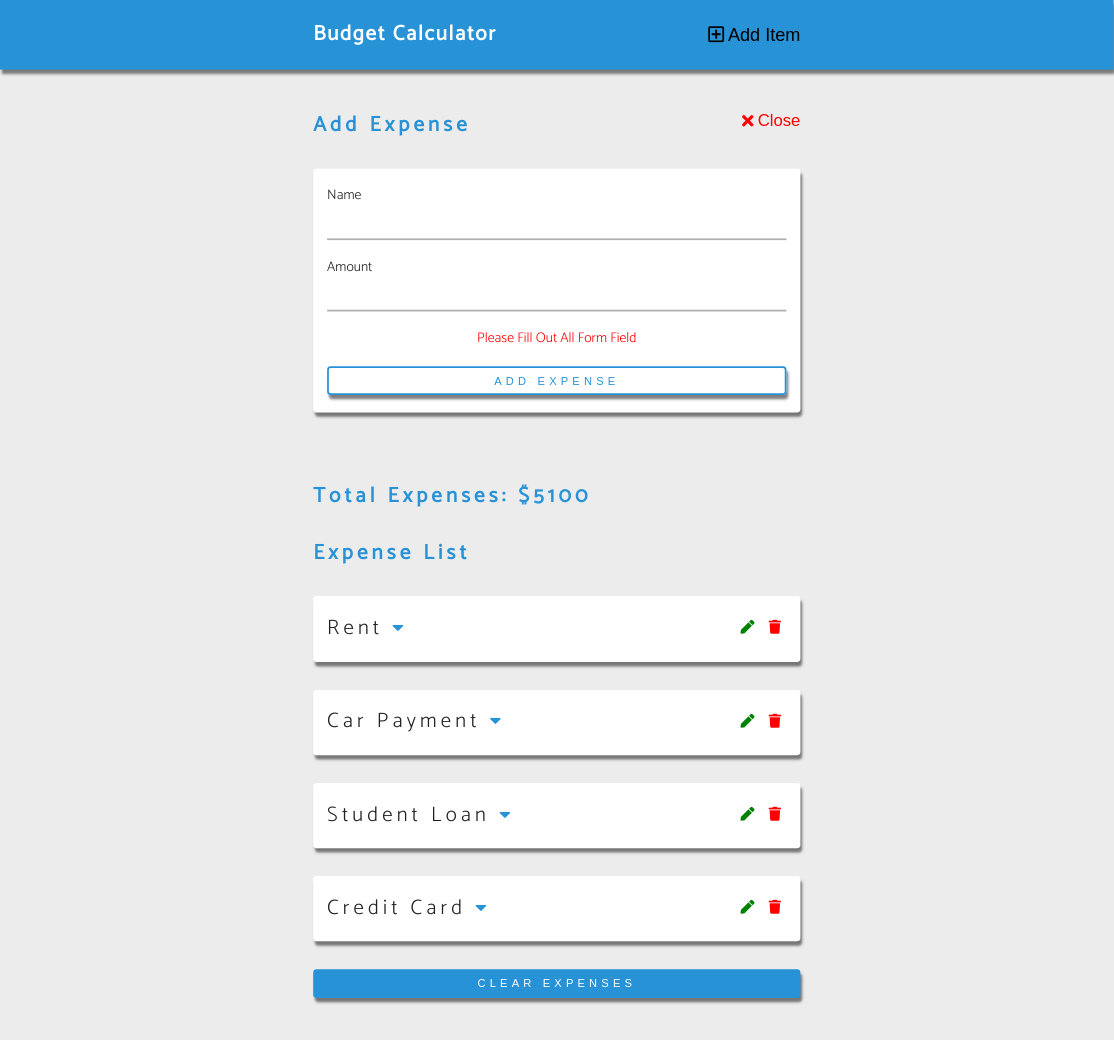
Repository: webdril/budget
Page: /
An editor plug-in stored every save of this project. The page is shown before and after the next save, followed by the edit.
The browser window is 1280 px wide. The pictures show the whole page, at 87% of full size.
The project was rebuilt for these pictures with package versions that can differ from the ones it lists, and the page was loaded fresh each time.

Above is the page before, as saved 2020-03-13 21:47:45.

After the next save:
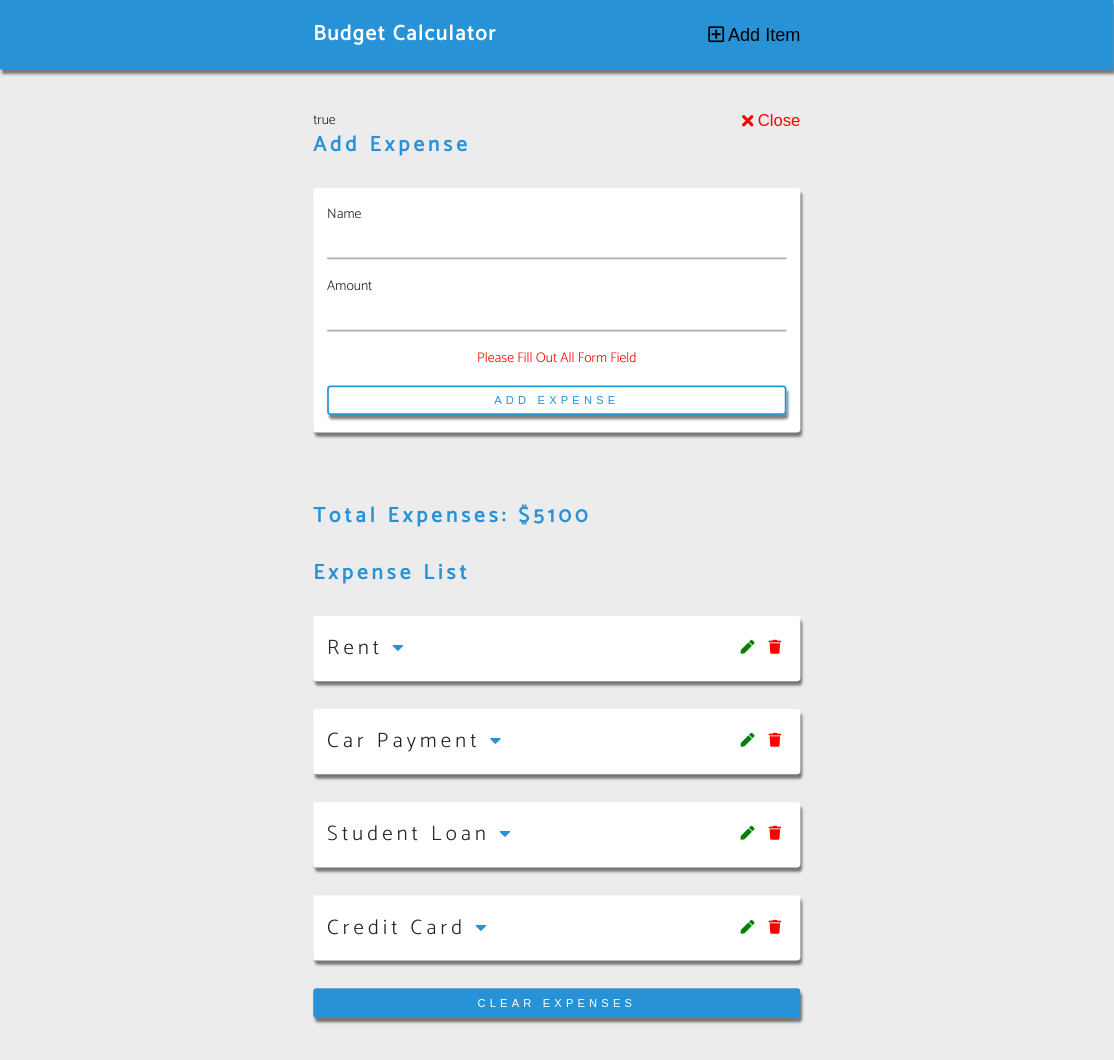
Saved 2 h 12 min later.
--- a/src/ExpenseForm.svelte
+++ b/src/ExpenseForm.svelte
@@ -2,10 +2,13 @@
 import Title from './Title.svelte'
 let name = "";
 let amount = null;
-$: console.log({name, amount});
+// $: console.log({name, amount}); for checking reactivity
+
+$: isEmpty = !name || !amount
 </script>
 
 <section class="form">
+{isEmpty}
     <Title title= "add expense" />
     <form class="expense-form">
         <div class="form-control">
